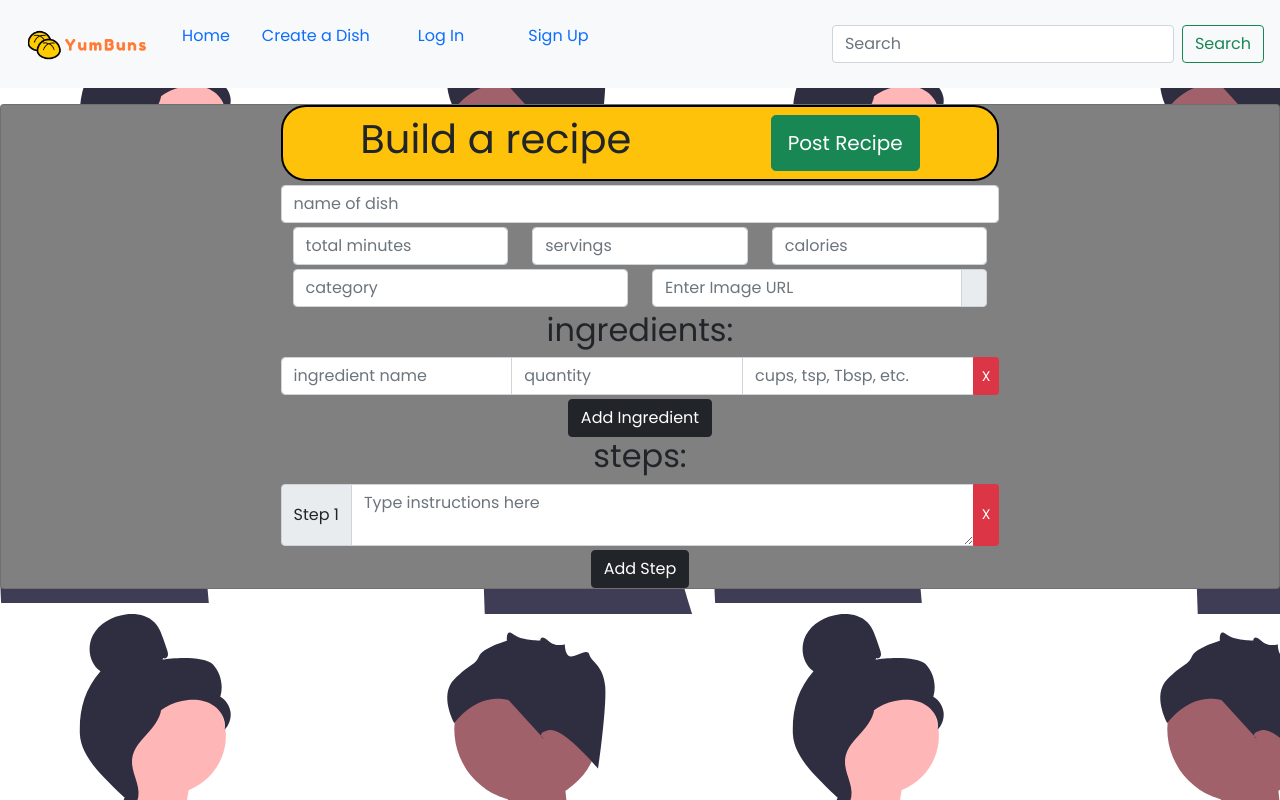
Repository: mottad14/yumBuns
Page: /create (app in client/)
The author's editor kept a copy of each file at every save. The page is drawn from the files as they stood at one save, then again after the next save.
The browser window is 1280 px wide. The pictures show the whole page.
Some web fonts or font styles are not loaded; a fallback is used. The project was rebuilt for these pictures with package versions that can differ from the ones it lists, and the page was loaded fresh each time. Also part of the build but not shown: client/src/components/RecipePreview.js, client/src/views/Main.js, client/src/views/Login.js, client/src/views/NewAccount.js, client/src/views/Recipe.js, client/src/components/SubscribePop.css, client/src/components/SignUp.jsx, client/src/components/SubscribePop.js.

Above is the page before, as saved 2022-07-30 12:58:01.

After the next save:
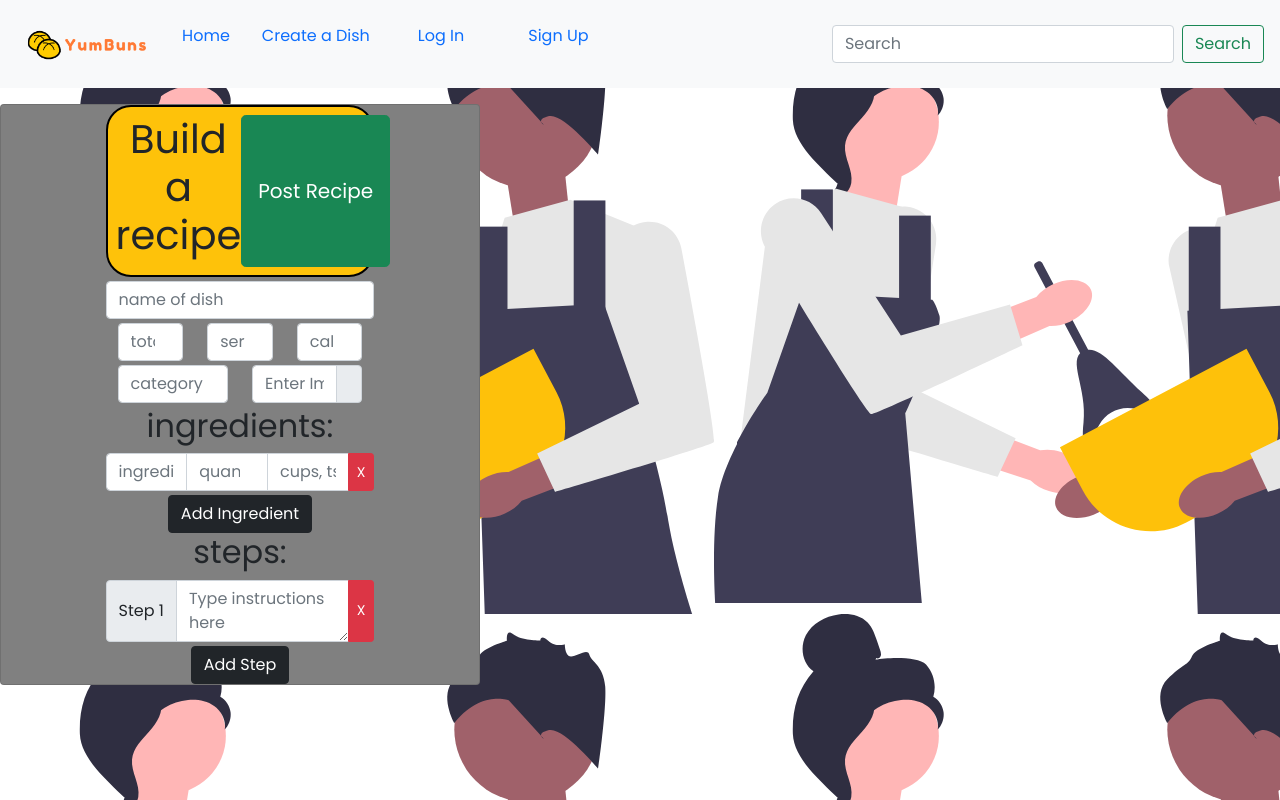
Saved 21 s later.
--- a/client/src/views/Create.js
+++ b/client/src/views/Create.js
@@ -80,7 +80,7 @@
     };
 
     return (
-        <Card style={{backgroundColor: "gray"}}>
+        <Card style={{backgroundColor: "gray", width: "480px"}}>
 
            <form className="d-block w-75 mx-auto" onSubmit={onSubmitHandler}>
                <div className="d-flex justify-content-around sticky d-block w-75 mx-auto p-2">

After the 2 saves that followed:
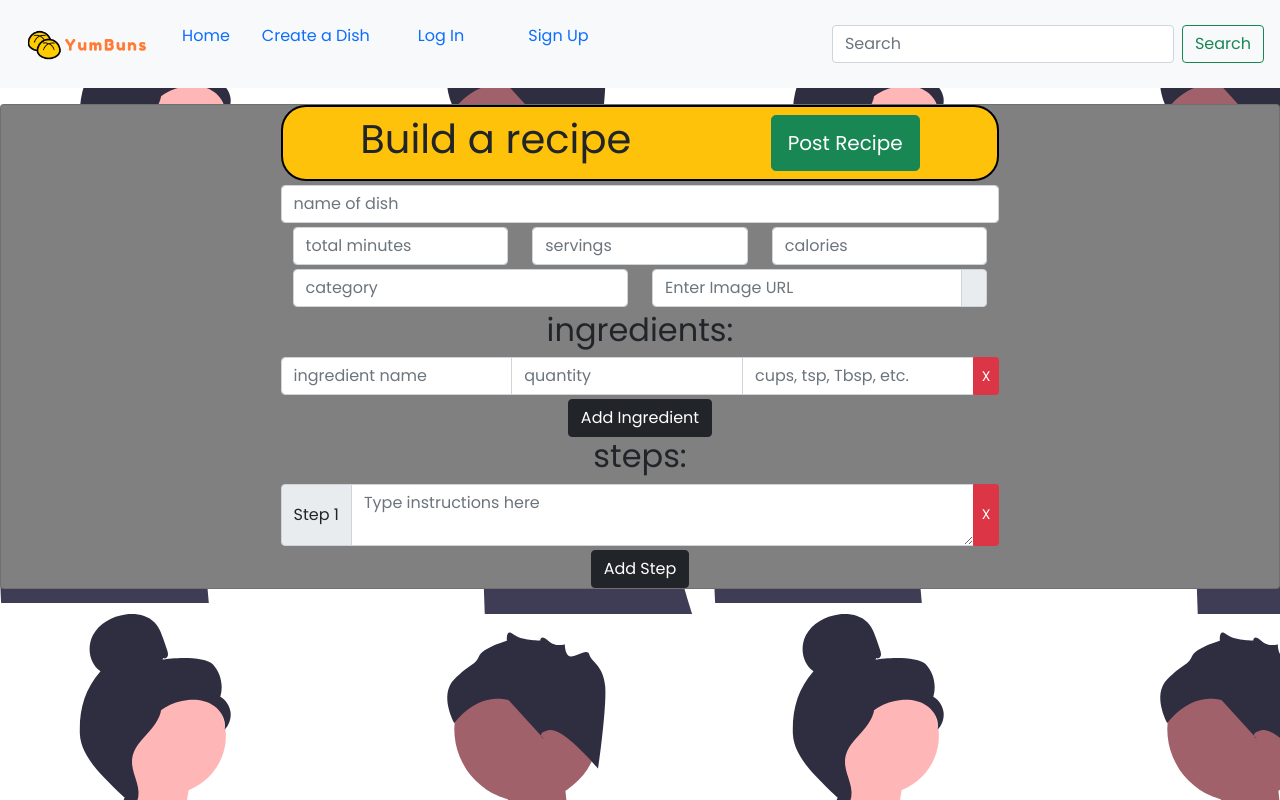
The 2 saves are shown as one change because they came seconds apart.
The last was saved 11 s later.
--- a/client/src/views/Create.js
+++ b/client/src/views/Create.js
@@ -80,7 +80,7 @@
     };
 
     return (
-        <Card style={{backgroundColor: "gray", width: "480px"}}>
+        <Card style={{backgroundColor: "gray", width: "500 px"}}>
 
            <form className="d-block w-75 mx-auto" onSubmit={onSubmitHandler}>
                <div className="d-flex justify-content-around sticky d-block w-75 mx-auto p-2">
